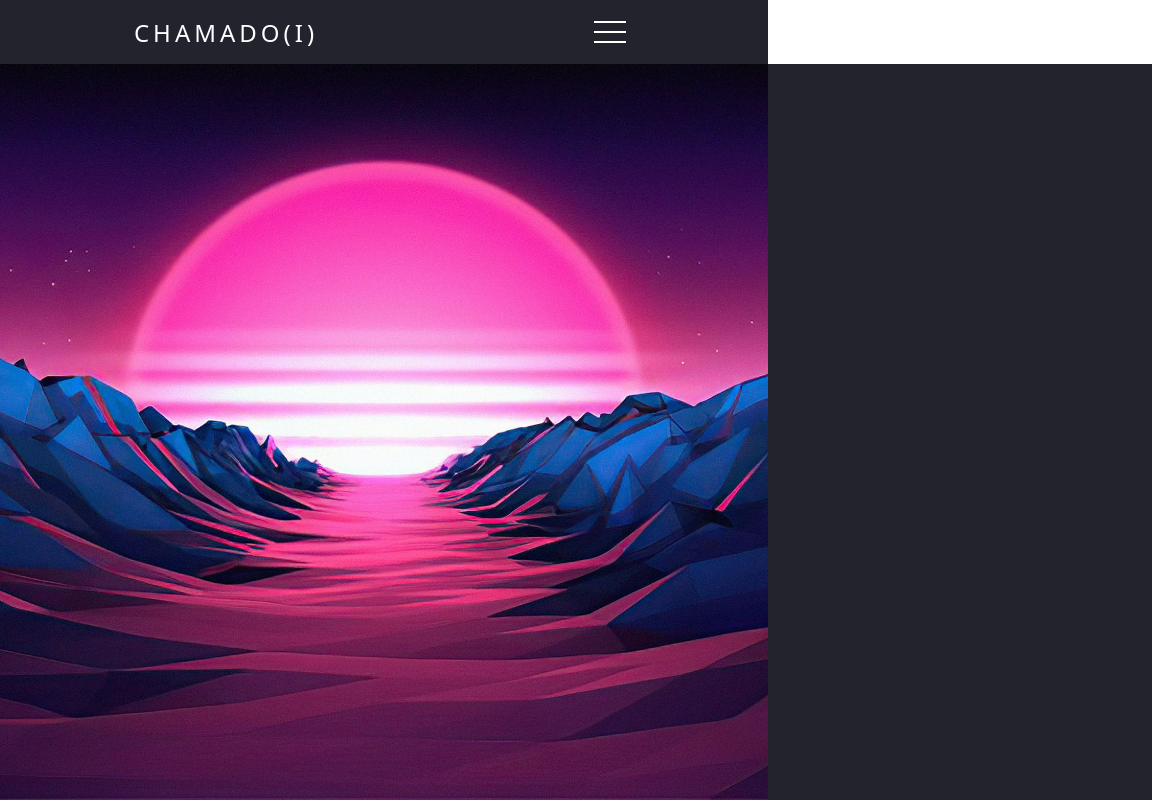
Repository: isaquemc2001/isaque-utilities
Page: index.html
An editor plug-in stored every save of this project. The page is shown before and after the next save, followed by the edit.
The browser window is 768 px wide. The page is 1152 px wide, so the pictures cover 1152 px, including what lies to the right of the window. The pictures show the whole page.

Above is the page before, as saved 2021-10-28 12:36:05.

### index.html
<!DOCTYPE html>
<html lang="pt-br">

<head>
    <meta charset="UTF-8" />
    <meta http-equiv="X-UA-Compatible" content="IE=edge" />
    <meta name="viewport" content="width=device-width, initial-scale=1.0" />
    <title>Navbar</title>
    <link rel="stylesheet" href="style.css" />
</head>

<body>
    <header>
        <nav>
            <a class="logo" href="/">Chamado(i)</a>
            <div class="mobile-menu">
                <div class="line1"></div>
                <div class="line2"></div>
                <div class="line3"></div>
            </div>
            <ul class="nav-list">
                <li><a href="#">Inicio</a></li>
                <li><a href="#">Cadastro</a></li>
                <li><a href="#">Sair</a></li>
            </ul>
        </nav>
    </header>
    <main></main>
    <script src="mobile_navbar.js"></script>
</body>

</html>

### style.css
* {
    margin: 0;
    padding: 0;
}

a {
    color: #fff;
    text-decoration: none;
    transition: 0.3s;
}

a:hover {
    opacity: 0.7;
}

.logo {
    font-size: 24px;
    text-transform: uppercase;
    letter-spacing: 4px;
}

nav {
    display: flex;
    justify-content: space-around;
    align-items: center;
    font-family: system-ui, -apple-system, Helvetica, Arial, sans-serif;
    background: #23232e;
    height: 8vh;
}

main {
    background: url("bg.jpg") no-repeat center center;
    background-size: cover;
    height: 92vh;
}

.nav-list {
    list-style: none;
    display: flex;
}

.nav-list li {
    letter-spacing: 3px;
    margin-left: 32px;
}

.mobile-menu {
    display: none;
    cursor: pointer;
}

.mobile-menu div {
    width: 32px;
    height: 2px;
    background: #fff;
    margin: 8px;
    transition: 0.3s;
}

@media (max-width: 999px) {
    body {
        overflow-x: hidden;
    }
    .nav-list {
        position: absolute;
        top: 8vh;
        right: 0;
        width: 50vw;
        height: 92vh;
        background: #23232e;
        flex-direction: column;
        align-items: center;
        justify-content: space-around;
        transform: translateX(100%);
        transition: transform 0.3s ease-in;
    }
    .nav-list li {
        margin-left: 0;
        opacity: 0;
    }
    .mobile-menu {
        display: block;
    }
}

.nav-list.active {
    transform: translateX(0);
}

@keyframes navLinkFade {
    from {
        opacity: 0;
        transform: translateX(50px);
    }
    to {
        opacity: 1;
        transform: translateX(0);
    }
}

.mobile-menu.active .line1 {
    transform: rotate(-45deg) translate(-8px, 8px);
}

.mobile-menu.active .line2 {
    opacity: 0;
}

.mobile-menu.active .line3 {
    transform: rotate(45deg) translate(-5px, -7px);
}

### mobile_navbar.js
class MobileNavbar {
    constructor(mobileMenu, navList, navLinks) {
      this.mobileMenu = document.querySelector(mobileMenu);
      this.navList = document.querySelector(navList);
      this.navLinks = document.querySelectorAll(navLinks);
      this.activeClass = "active";

      this.handleClick = this.handleClick.bind(this);
    }

    animateLinks() {
      this.navLinks.forEach((link, index) => {
        link.style.animation
          ? (link.style.animation = "")
          : (link.style.animation = `navLinkFade 0.5s ease forwards ${
              index / 7 + 0.3
            }s`);
      });
    }

    handleClick() {
      this.navList.classList.toggle(this.activeClass);
      this.mobileMenu.classList.toggle(this.activeClass);
      this.animateLinks();
    }

    addClickEvent() {
      this.mobileMenu.addEventListener("click", this.handleClick);
    }

    init() {
      if (this.mobileMenu) {
        this.addClickEvent();
      }
      return this;
    }
  }

  const mobileNavbar = new MobileNavbar(
    ".mobile-menu",
    ".nav-list",
    ".nav-list li",
  );
  mobileNavbar.init();

After the next save:
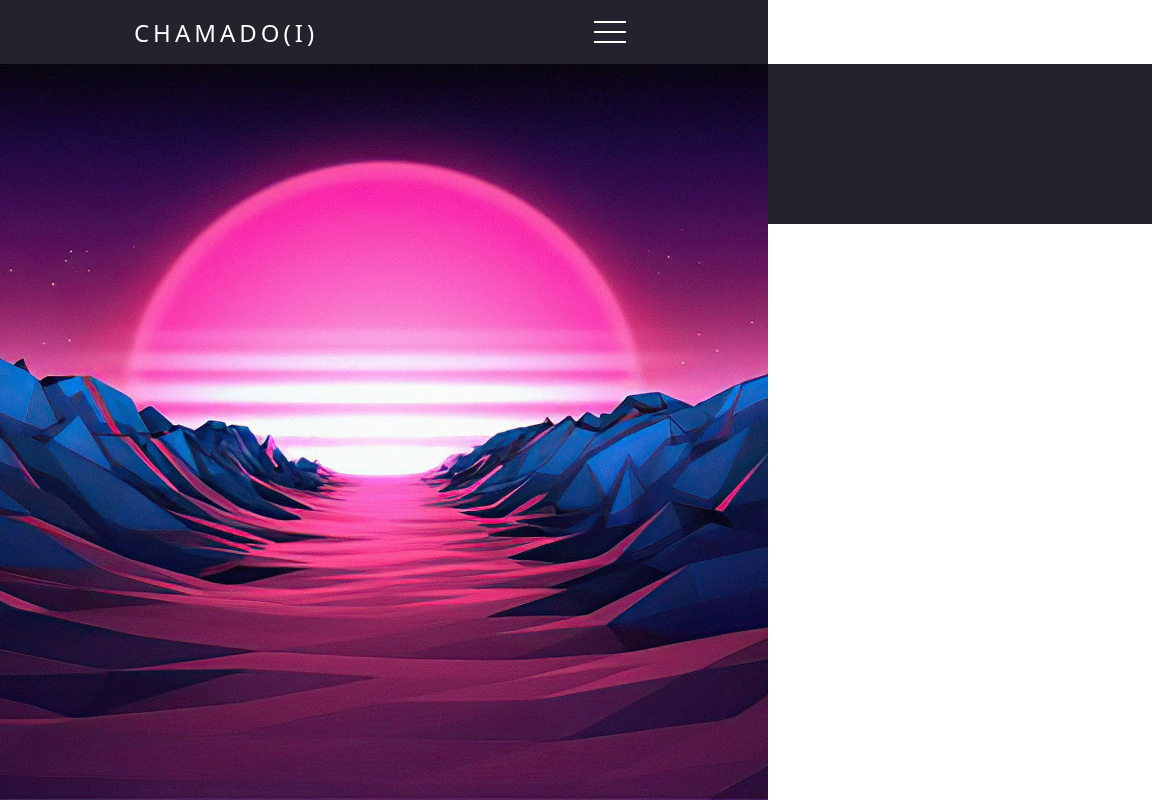
Saved 7 min 17 s later.
--- a/style.css
+++ b/style.css
@@ -66,7 +66,7 @@
         top: 8vh;
         right: 0;
         width: 50vw;
-        height: 92vh;
+        height: 20vh;
         background: #23232e;
         flex-direction: column;
         align-items: center;

After the save that followed:
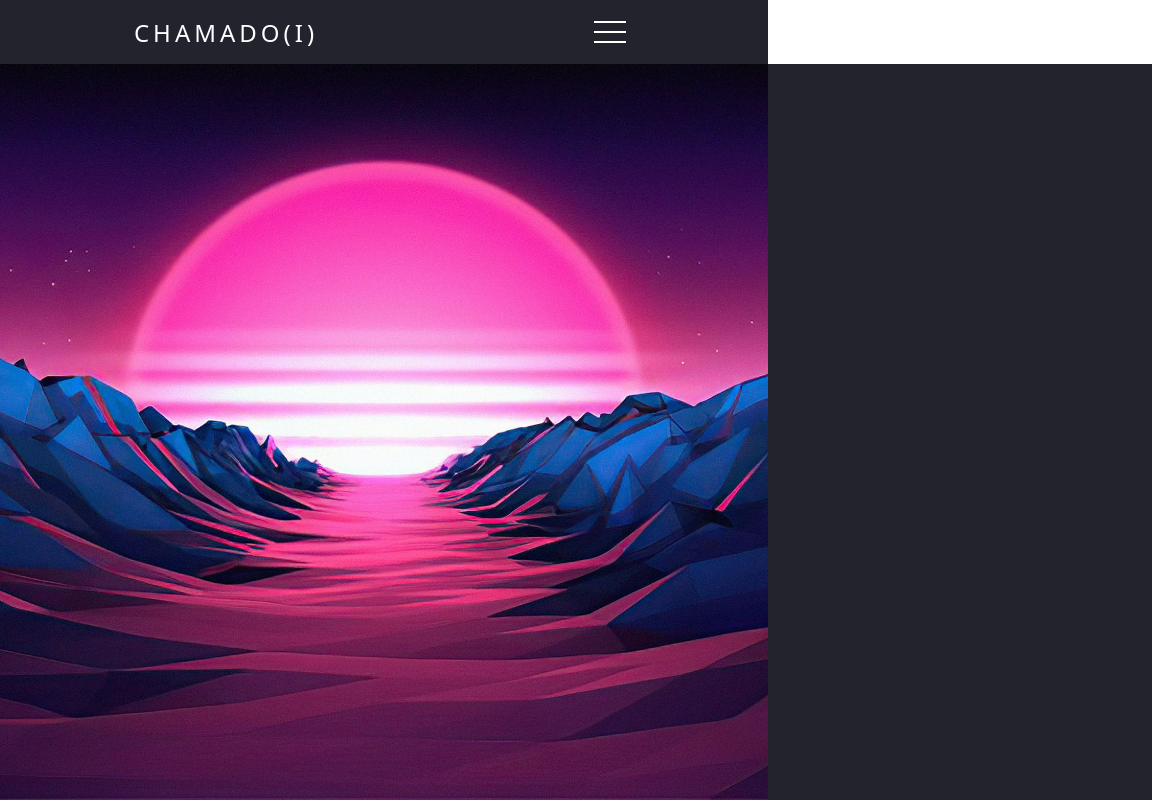
Saved 8 s later.
--- a/style.css
+++ b/style.css
@@ -66,7 +66,7 @@
         top: 8vh;
         right: 0;
         width: 50vw;
-        height: 20vh;
+        height: 92vh;
         background: #23232e;
         flex-direction: column;
         align-items: center;
